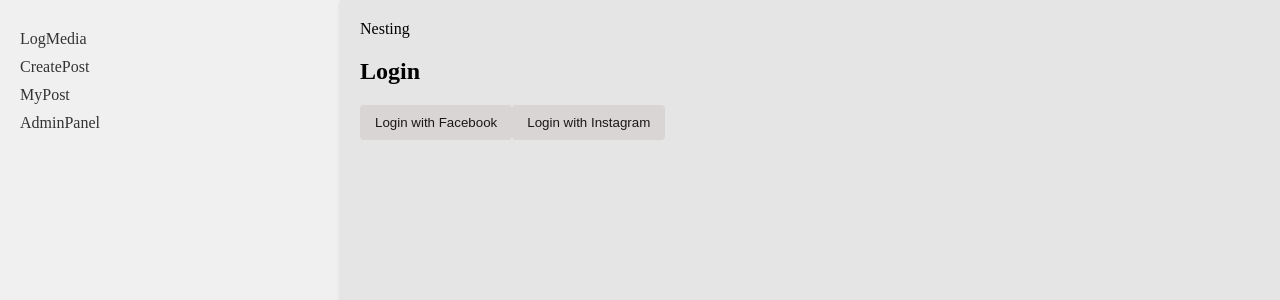
Repository: pripriya09/media-share
Page: /home (app in share-content/)
These files come from the project's save history. The page is drawn as it stood at one moment and after the next save; the edit follows.
The browser window is 1280 px wide. The pictures show the whole page.
The project was rebuilt for these pictures with package versions that can differ from the ones it lists, and the page was loaded fresh each time. Also part of the build but not shown: share-content/vite.config.js, share-content/src/MEDIA_SHARE/AutoPostApp.jsx, share-content/src/MEDIA_SHARE/SignIn.jsx, share-content/src/MEDIA_SHARE/share.css, share-content/src/MEDIA_SHARE/CreatePost.jsx, share-content/src/MEDIA_SHARE/MyPost.jsx, share-content/src/MEDIA_SHARE/AdminPanel.jsx.

Above is the page before, as saved 2024-12-26 16:59:31.

After the next save:
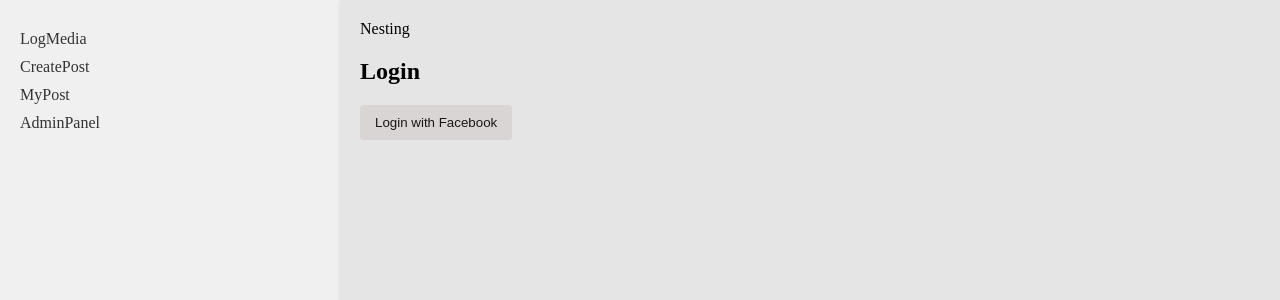
Saved 2 min 2 s later.
--- a/share-content/src/MEDIA_SHARE/LogMedia.jsx
+++ b/share-content/src/MEDIA_SHARE/LogMedia.jsx
@@ -3,8 +3,6 @@
 
 function LogMedia() {
   const [userData, setUserData] = useState(null);
-  const [loading, setLoading] = useState(false);
-  const [error, setError] = useState(null);
 
   useEffect(() => {
     // Load Facebook SDK
@@ -40,7 +38,7 @@
             const userAccessToken = response.authResponse.accessToken;
             localStorage.setItem("facebook_userAccessToken", userAccessToken);
 
-            // Fetch Pages and Linked Instagram Account via API
+            // Fetch Pages and Linked Instagram Account
             getPagesAndInstagramAccount(userAccessToken);
           } else {
             console.log("User cancelled login or did not fully authorize.");
@@ -56,52 +54,53 @@
     }
   };
 
-  // Instagram Login Handler (via Facebook Login)
-  const handleInstagramLogin = () => {
-    const userAccessToken = localStorage.getItem("facebook_userAccessToken");
-    if (!userAccessToken) {
-      alert("Please log in with Facebook first.");
-      return;
-    }
-
-    // Fetch Pages and Linked Instagram Account via API
-    getPagesAndInstagramAccount(userAccessToken);
-  };
-
-  // Fetch Pages and Linked Instagram Account from Backend
+  // Function to get pages and Instagram account
   const getPagesAndInstagramAccount = async (userAccessToken) => {
     try {
-      setLoading(true);
-      setError(null);
+      const appSecretProof = generateAppSecretProof(userAccessToken, APP_SECRET);
 
-      // Send Facebook access token to the backend to get pages and linked Instagram account
-      const response = await axios.post(
-        "http://localhost:8006/auth/home/loginmedia", // Your backend URL
+      // Fetch Pages the user manages (with appsecret_proof)
+      const response = await axios.get(
+        "https://graph.facebook.com/v21.0/me/accounts",
         {
-          facebookAccessToken: userAccessToken,
+          params: {
+            access_token: userAccessToken,
+            appsecret_proof: appSecretProof,
+          },
         }
       );
 
-      const data = response.data;
+      // Log the response to inspect its structure
+      console.log("Pages Response: ", response.data);
 
-      if (data.instagramBusinessAccountId && data.instagramUsername) {
-        // Store Instagram details and Facebook token
-        localStorage.setItem("instagramBusinessAccountId", data.instagramBusinessAccountId);
+      const pages = response.data.data;
 
-        // Update the user data state
-        setUserData({
-          facebookAccessToken: userAccessToken,
-          instagramBusinessAccountId: data.instagramBusinessAccountId,
-          instagramUsername: data.instagramUsername,
-        });
+      if (pages && pages.length > 0) {
+        const targetPage = pages.find((page) => page.instagram_business_account);
+
+        if (targetPage) {
+          const instagramBusinessAccountId = targetPage.instagram_business_account.id;
+          const instagramUsername = targetPage.instagram_business_account.username;
+          console.log("Instagram Business Account ID:", instagramBusinessAccountId);
+          console.log("Instagram Username:", instagramUsername);
+
+          // Store Instagram Business Account ID for further use
+          localStorage.setItem("instagramBusinessAccountId", instagramBusinessAccountId);
+
+          // Update the user data state
+          setUserData({
+            facebookAccessToken: userAccessToken,
+            instagramBusinessAccountId,
+            instagramUsername,
+          });
+        } else {
+          console.log("No Instagram business account linked to this page.");
+        }
       } else {
-        setError("No Instagram business account linked to the Facebook page.");
+        console.log("No pages found for this user.");
       }
     } catch (error) {
-      console.error("Error fetching pages or Instagram account:", error);
-      setError("Failed to fetch Instagram account details.");
-    } finally {
-      setLoading(false);
+      console.error("Error fetching Instagram account details:", error.response ? error.response.data : error.message);
     }
   };
 
@@ -110,10 +109,7 @@
       <div>
         <h2>Login</h2>
         <button onClick={handleFBLogin}>Login with Facebook</button>
-        <button onClick={handleInstagramLogin}>Login with Instagram</button>
       </div>
-      {loading && <p>Loading...</p>}
-      {error && <p style={{ color: "red" }}>{error}</p>}
       {userData && (
         <div>
           <h3>User Data</h3>
